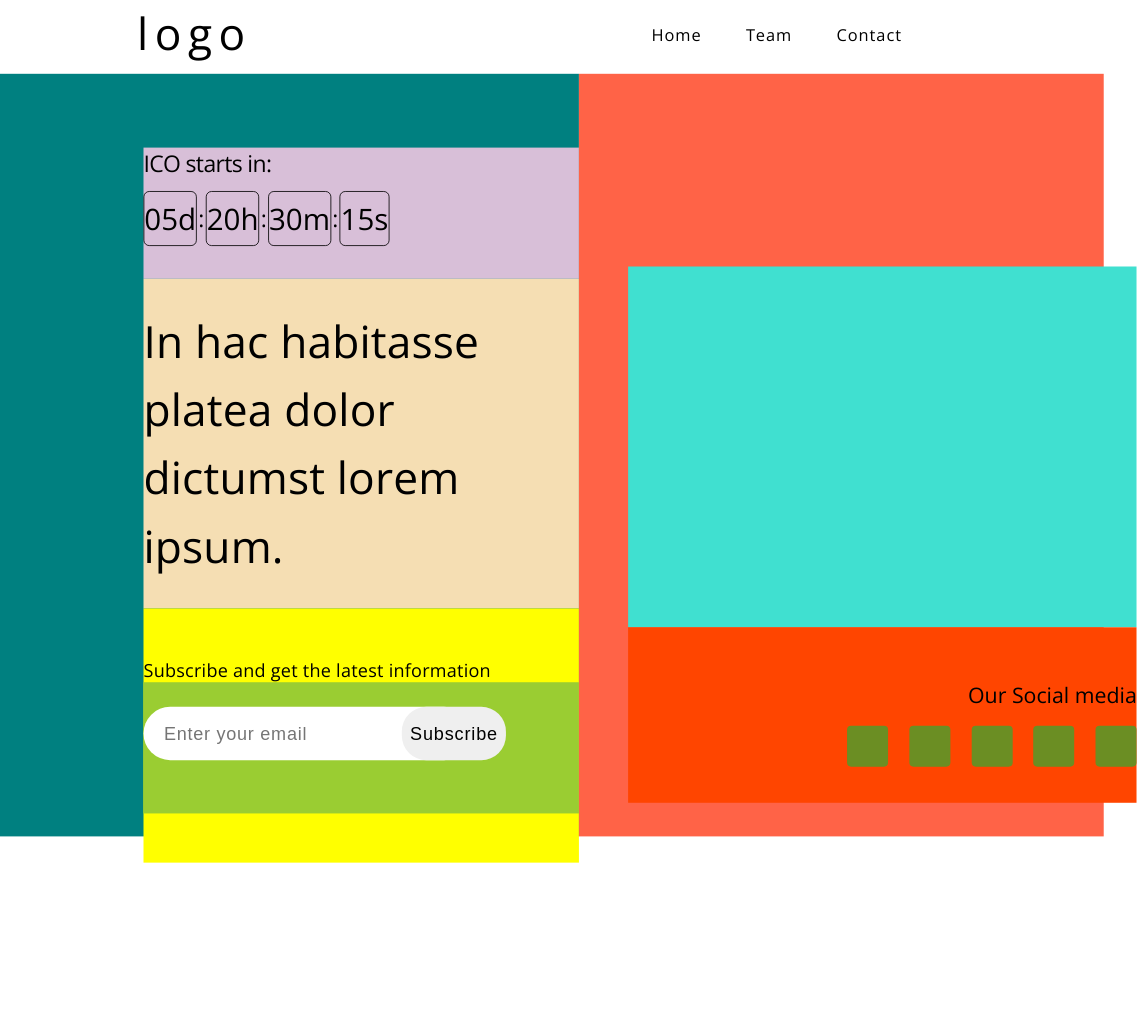
Repository: McGregorSt/newOne
Page: index.html
The author's editor kept a copy of each file at every save. The page is drawn from the files as they stood at one save, then again after the next save.
The browser window is 1280 px wide. The page is 1386 px wide, so the pictures cover 1386 px, including what lies to the right of the window. The pictures show the whole page, at 82% of full size.

Above is the page before, as saved 2019-12-13 19:21:16.

### index.html
<!DOCTYPE html>
<html lang="en">
<head>
  <meta charset="UTF-8">
  <meta name="viewport" content="width=device-width, initial-scale=1.0">
  <meta http-equiv="X-UA-Compatible" content="ie=edge">
  <link rel="stylesheet" href="css/style.css">
  <link href="https://fonts.googleapis.com/css?family=Open+Sans:300,300i,400,400i,600,600i,700,700i,800,800i&display=swap" rel="stylesheet">
  <title>Ethworks</title>
</head>
<body>
  <div class="container">
    <section class="header">
      <div class="logo">logo</div>
      <ul class="menu">
        <li class="menu__item">Home</li>
        <li class="menu__item">Team</li>
        <li class="menu__item">Contact</li>
      </ul>
    </section>
    <section class="main">
      <div class="subs">
        <div class="subs__timer">
          <span class="subs__timer__header">ICO starts in:</span>
          <div class="subs__timer__global">
            <div class="subs__timer__item">05d</div>
            <div class="subs__timer__item">:</div>
            <div class="subs__timer__item">20h</div>
            <div class="subs__timer__item">:</div>
            <div class="subs__timer__item">30m</div>
            <div class="subs__timer__item">:</div>
            <div class="subs__timer__item">15s</div>
          </div>
        </div>
        <div class="subs__article">In hac habitasse platea dolor dictumst lorem ipsum.</div>
        <div class="subs__email">
          <span class="subs__email__header">Subscribe and get the latest information</span>
          <div class="subs__email__content">
            <input type="email" class="subs__email__input" placeholder="Enter your email">
            <button type="submit" class="subs__email__button">Subscribe</button>
          </div>
        </div>
      </div>
      <div class="media">
        <div class="media__media">
          <div class="media__player"></div>
          <div class="media__social">
            <span class="media__social__header">Our Social media</span>
            <div class="media__social__items">
              <div class="media__social__tt"></div>
              <div class="media__social__fb"></div>
              <div class="media__social__md"></div>
              <div class="media__social__gh"></div>
              <div class="media__social__mail"></div>
            </div>
          </div>
        </div>
      </div>
    </section>
    <section class="team"></section>
    <section class="footer"></section>
  </div>
</body>
<script src="js/app.js">


</script>
</html>

### css/style.css
body {
  margin: 0;
  padding: 0;
  box-sizing: border-box;
  font-family: 'Open Sans', sans-serif;
  overflow-y: scroll;
}
/* section header */
.header {
  height: 95px;
  margin: auto;
  margin-top: -5px;
  display: flex;
  justify-content: space-between;
  align-items: center;
  padding: 0 180px;
}
.logo {
  margin-left: -13px;
  margin-top: -5px;
  font-size: 54px;
  letter-spacing: 8px;
}
.menu {
  list-style: none;
  display: flex;
  letter-spacing: 1.15px;
  /* font-weight: 300; */
  /* justify-content: space-between; */
  font-size: 20px;
}
.menu__item {
  padding: 0 0 0 54px;
}


/* section main */
.main {
  height: 930px;
  display: flex;
}
.subs {
  width: 50%;
  font-size: 28px;
  background-color: teal;
  display: flex;
  flex-direction: column;
  padding: 90px 0 60px 175px;
}
.subs__timer {
  background-color: thistle;
}
.subs__timer__header {
  letter-spacing: -0.8px;
}
.subs__timer__global {
  width: 56.4%;
  display: flex;
  justify-content: space-between;
  padding: 15px 0 40px 0 ;
}
.subs__timer__item {
  width: 88px;
  height: 65px;
  display: flex;
  justify-content: center;
  align-items: center;
}
.subs__timer__item:nth-child(2n+2) {

}
.subs__timer__item:nth-child(2n+1) {
  width: 40%;
  border: 1px solid #000;
  font-size: 36px;
  border-radius: 7px;
}
.subs__article {
  font-size: 54px;
  letter-spacing: 0.2px;
  line-height: 83px;
  padding: 35px 0;
  background-color: wheat;

}
.subs__email {
  background-color: yellow;
  display: flex;
  flex-direction: column;
  font-size: 22px;
  letter-spacing: 0.3px;
  padding: 60px 0;
}
.subs__email__content {
  background-color: yellowgreen;
  height: 100px;
  padding: 30px 0;
}
.subs__email__input {
  height: 63%;
  width: 70%;
  border-radius: 40px;
  font-size: 22px;
  padding-left: 25px;
  letter-spacing: 0.9px;
  outline: none;
  border: 0;
}
.subs__email__input::placeholder {
  /* padding-left: 25px; */
}
.subs__email__button {
  height: 65%;
  width: 24%;
  margin-left: -90px;
  font-size: 22px;
  letter-spacing: 1.05px;
  border: 0;
  border-radius: 30px;
}

.media {
  /* height: 80%; */
  width: 50%;
  background-color: tomato;
}
.media__media {
  height: 100%;
  /* display: flex;
  flex-direction: column; */
  /* justify-content: space-around; */
  padding: 235px 0 0 60px;
}
.media__player {
  width: 620px;
  height: 440px;
  background-color: turquoise;
}
.media__social {
  width: 620px;
  height: 23%;
  display: flex;
  flex-direction: column;
  align-items: flex-end;
  justify-content: center;
  background-color: orangered;
}
.media__social__header {
  font-size: 26px;
  padding: 20px 0 20px 0;

}
.media__social__items {
  width: 57%;
  display: flex;
  justify-content: space-between;
}
div.media__social__items > div {
  width: 50px;
  height: 50px;
  background-color: olivedrab;
  border-radius: 5px;
}



/*
  section team
*/


/* section footer */

### js/app.js
let chi = document.querySelectorAll('.subs__timer__global:nth-child(2n+1)')
console.log(chi)

After the next save:
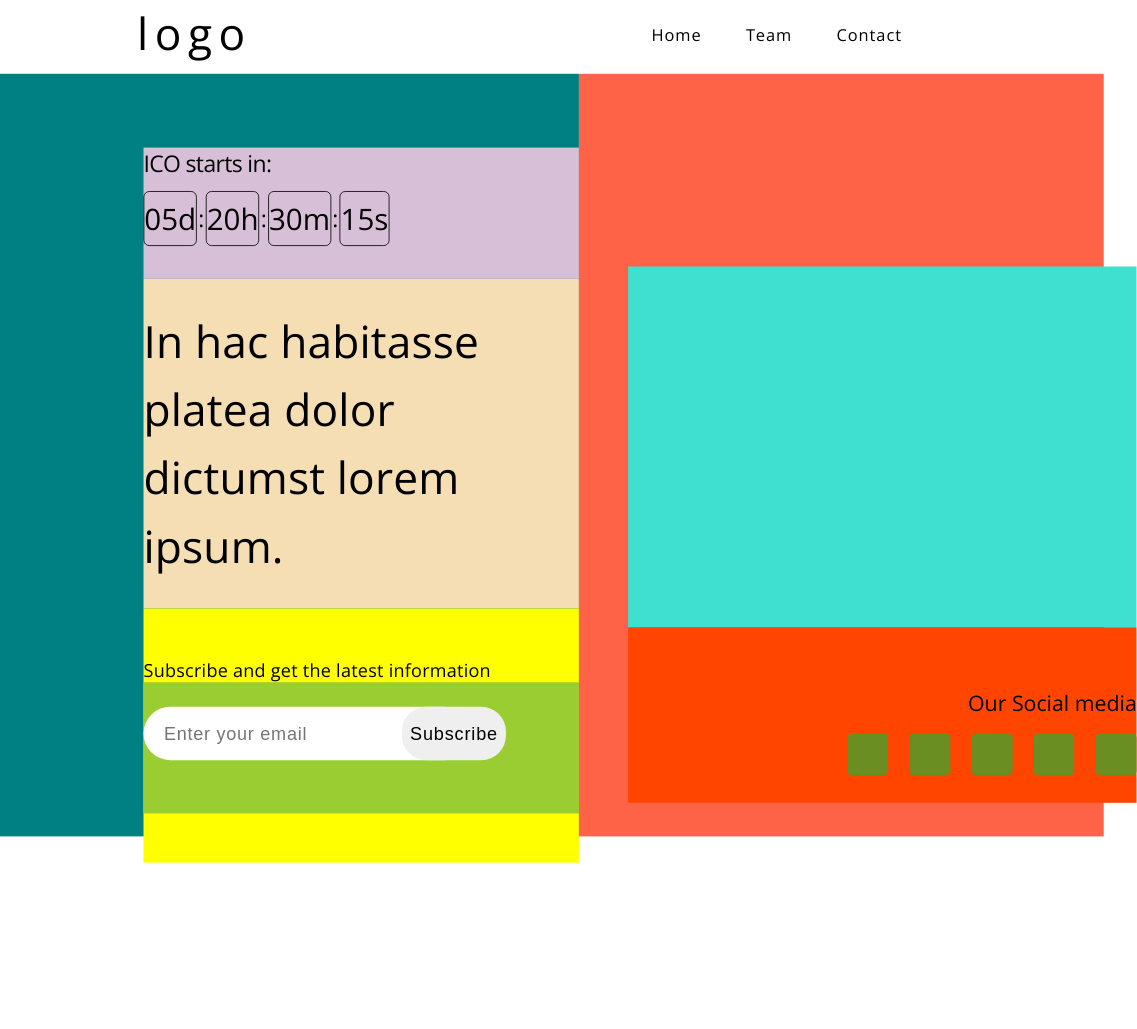
Saved 6 s later.
--- a/css/style.css
+++ b/css/style.css
@@ -147,7 +147,7 @@ body {
 }
 .media__social__header {
   font-size: 26px;
-  padding: 20px 0 20px 0;
+  padding: 40px 0 20px 0;
 
 }
 .media__social__items {
